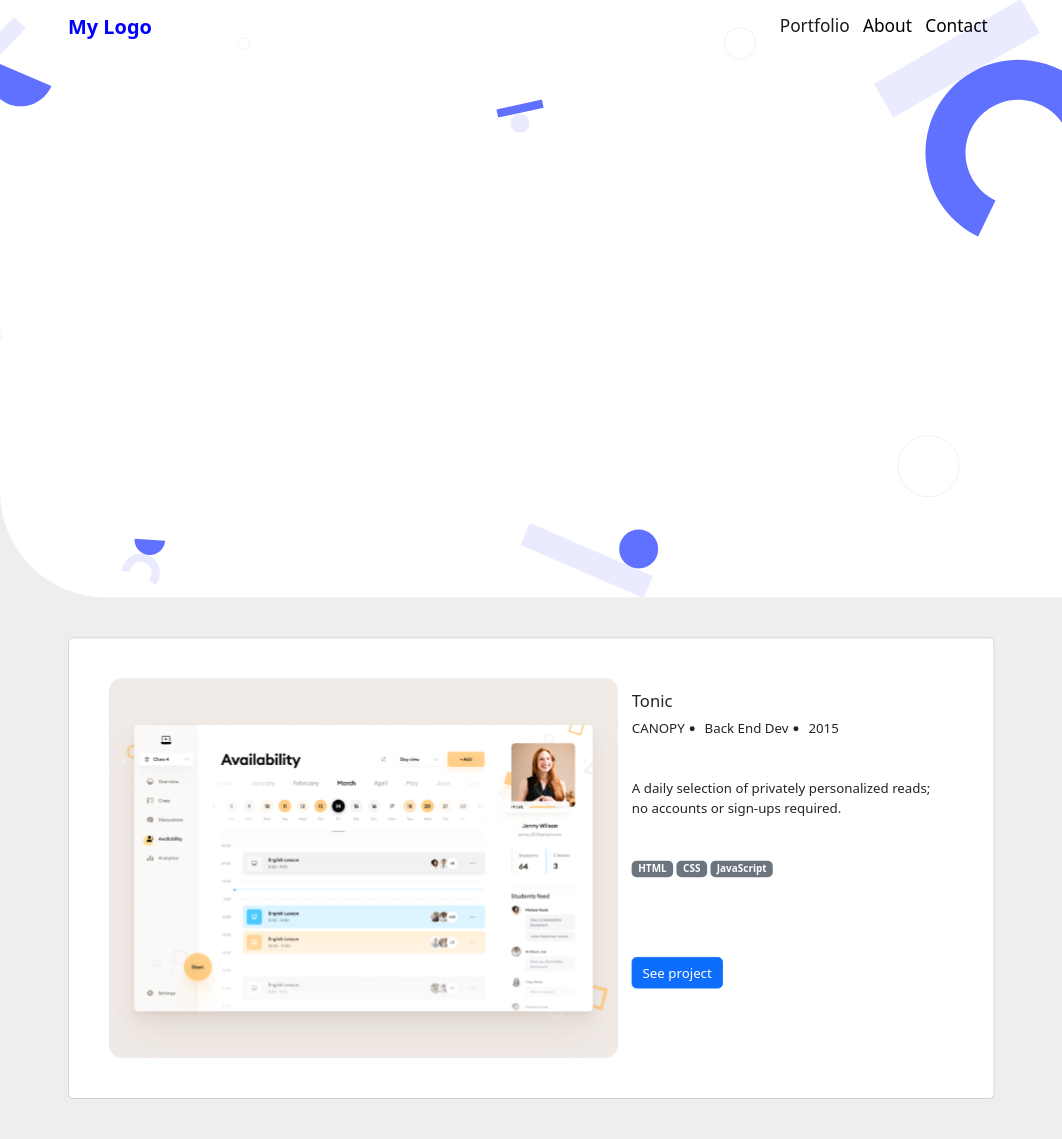
Repository: waelelsafty07/Bootstrap-Portfolio
Page: index.html
The author's editor kept a copy of each file at every save. The page is drawn from the files as they stood at one save, then again after the next save.
The browser window is 1280 px wide. The pictures show the whole page, at 83% of full size.

Above is the page before, as saved 2023-04-04 16:58:41.

After the next save:
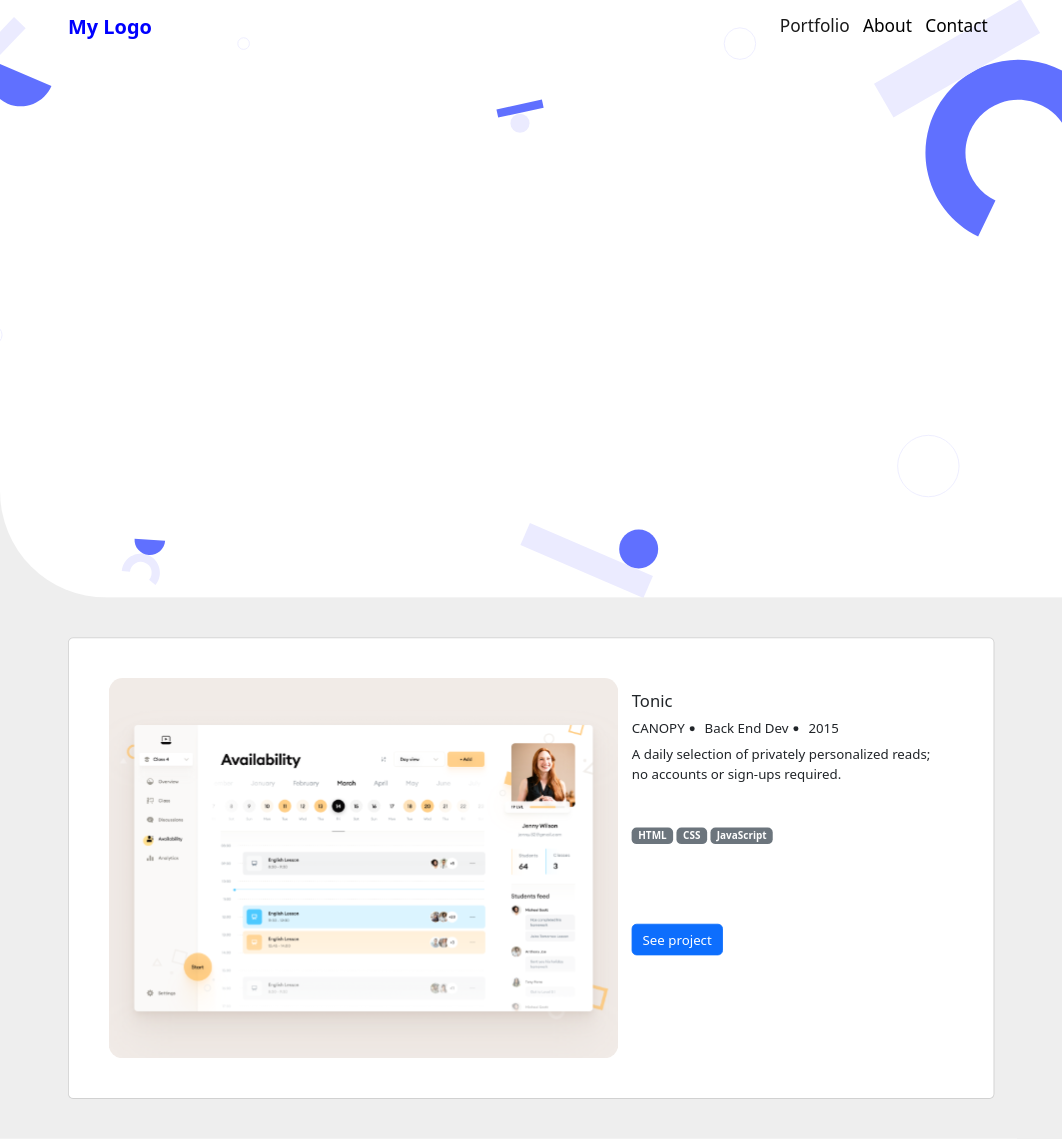
Saved 9 s later.
--- a/index.html
+++ b/index.html
@@ -44,7 +44,7 @@
                 <li class="ms-4">Back End Dev</li>
                 <li class="ms-4">2015</li>
               </ul>
-              <p class="card-text my-5">A daily selection of privately personalized reads; no accounts or sign-ups required.</p>
+              <p class="card-text my-2">A daily selection of privately personalized reads; no accounts or sign-ups required.</p>
               <ul class="list-unstyled my-5">
                 <li class="badge bg-secondary">HTML</li>
                 <li class="badge bg-secondary">CSS</li>
